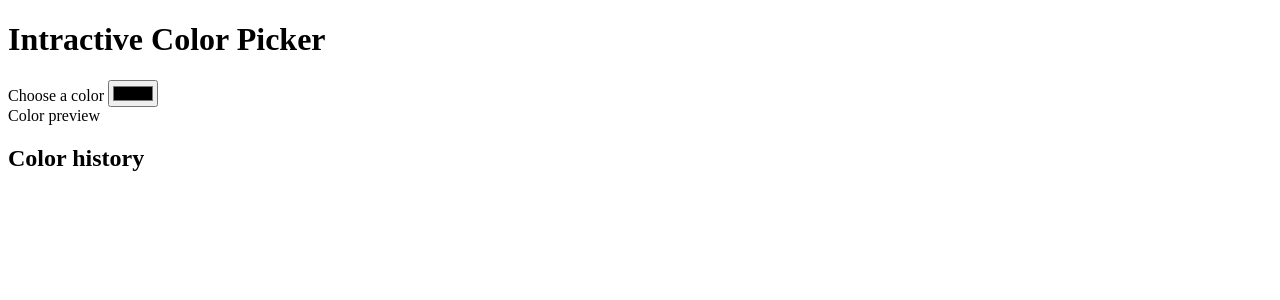
Repository: jamalissef-glitch/exercise1-JS
Page: Exeercise37/index.html
An editor plug-in stored every save of this project. The page is shown before and after the next save, followed by the edit.
The browser window is 1280 px wide. The pictures show the whole page.

Above is the page before, as saved 2026-07-15 17:11:13.

### Exeercise37/index.html
<!DOCTYPE html>
<html lang="en">

<head>
 <meta charset="UTF-8">
 <meta name="viewport" content="width=device-width, initial-scale=1.0">
 <title>Exercise Color Picker</title>
</head>

<body>
 <h1>Intractive Color Picker</h1>
 <label for="colorPicker">Choose a color</label>
 <input type="color" id="colorPicker">
 <div id="colorPreview">Color preview</div>

 <h2>Color history</h2>
 <ul id="colorHistory"></ul>

 <script src="./main.js"></script>
</body>

</html>

Loaded but not shown: Exeercise37/main.js (no stored copy; drawn as an empty file)

After the next save:
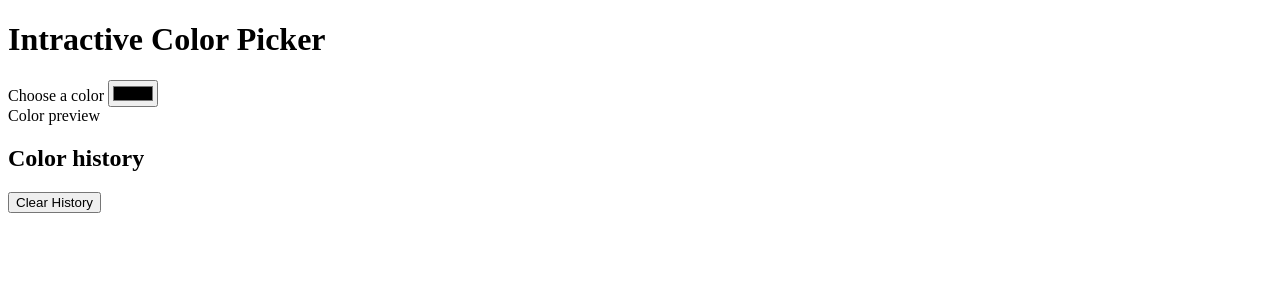
Saved 27 s later.
--- a/Exeercise37/index.html
+++ b/Exeercise37/index.html
@@ -15,6 +15,7 @@
 
  <h2>Color history</h2>
  <ul id="colorHistory"></ul>
+ <button id="clearHistoryButton">Clear History</button>
 
  <script src="./main.js"></script>
 </body>
